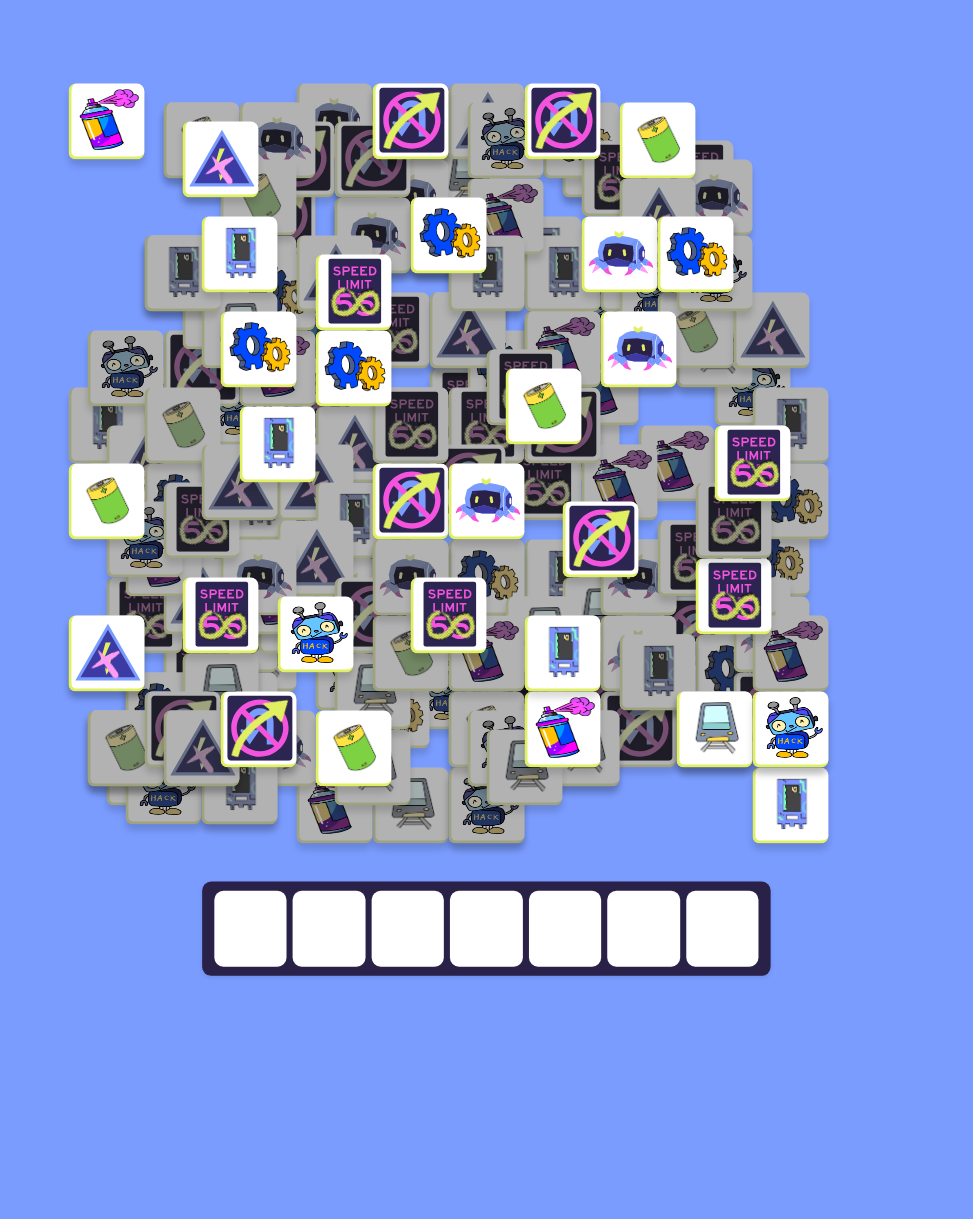
Repository: Avril-Cui/hack-puzzle
Page: / (app in client/)
An editor plug-in stored every save of this project. The page is shown before and after the next save, followed by the edit.
The browser window is 1280 px wide. The pictures show the whole page, at 76% of full size.
The project was rebuilt for these pictures with package versions that can differ from the ones it lists, and the page was loaded fresh each time. The framework's server and built-in components were replaced by stand-ins that run in the browser. Also part of the build but not shown: client/next.config.ts.

Above is the page before, as saved 2025-06-11 20:46:06.

After the next save:
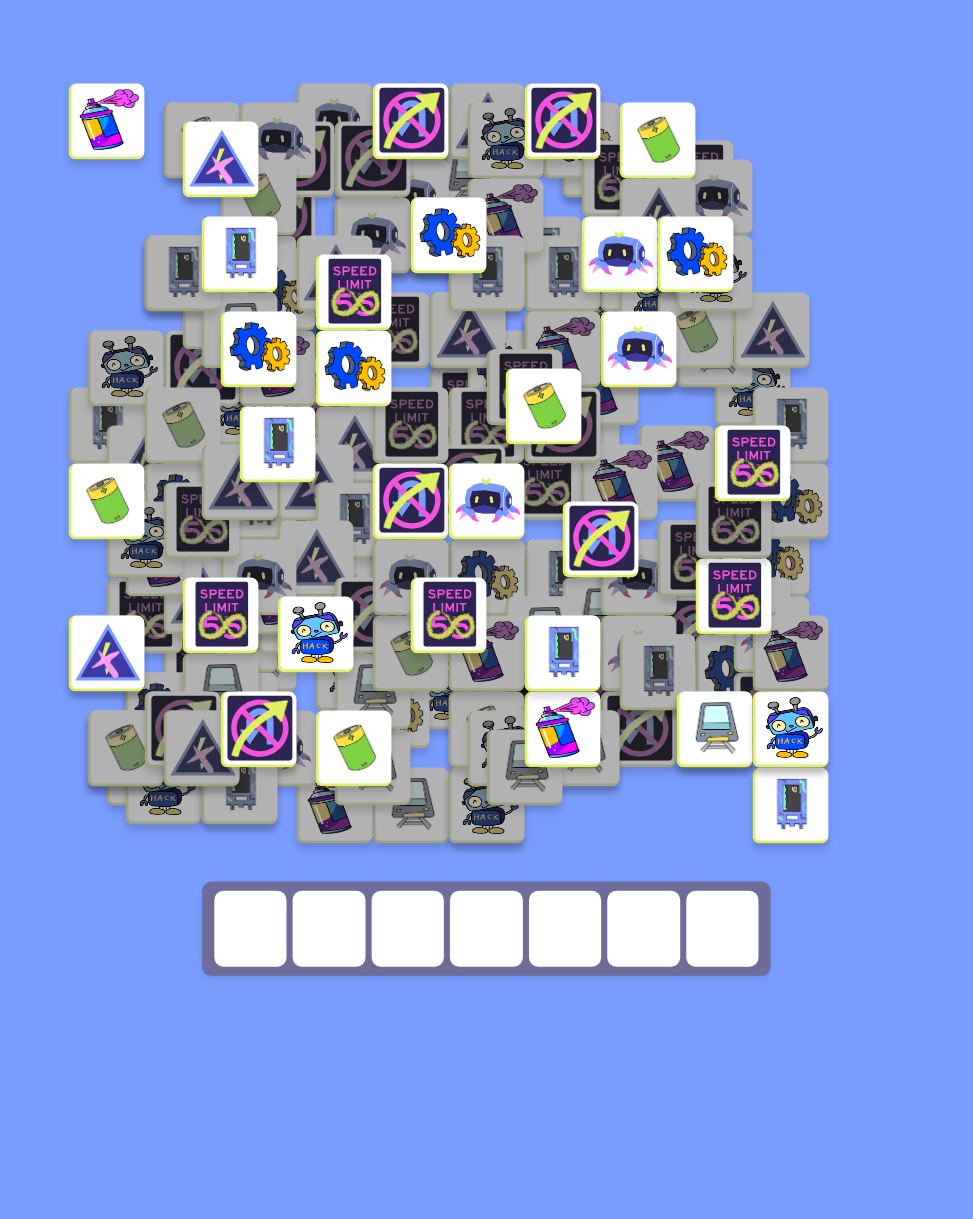
Saved 13 s later.
--- a/client/components/Game.module.css
+++ b/client/components/Game.module.css
@@ -69,7 +69,7 @@
   justify-content: flex-start;
   gap: 8px;
   padding: 12px 16px;
-  background-color: #292148;
+  background-color: #6E6C99;
   border-radius: 12px;
   width: calc((100px * 7) + (8px * 6)); /* = 748px */
   min-height: 100px; /* same as tile height */
@@ -80,7 +80,7 @@
   height: 100px;
   background-color: white;
   border-radius: 12px;
-  box-shadow: 4px 4px 0 #292148;
+  box-shadow: 4px 4px 0 #6E6C99;
   display: flex;
   align-items: center;
   justify-content: center;
